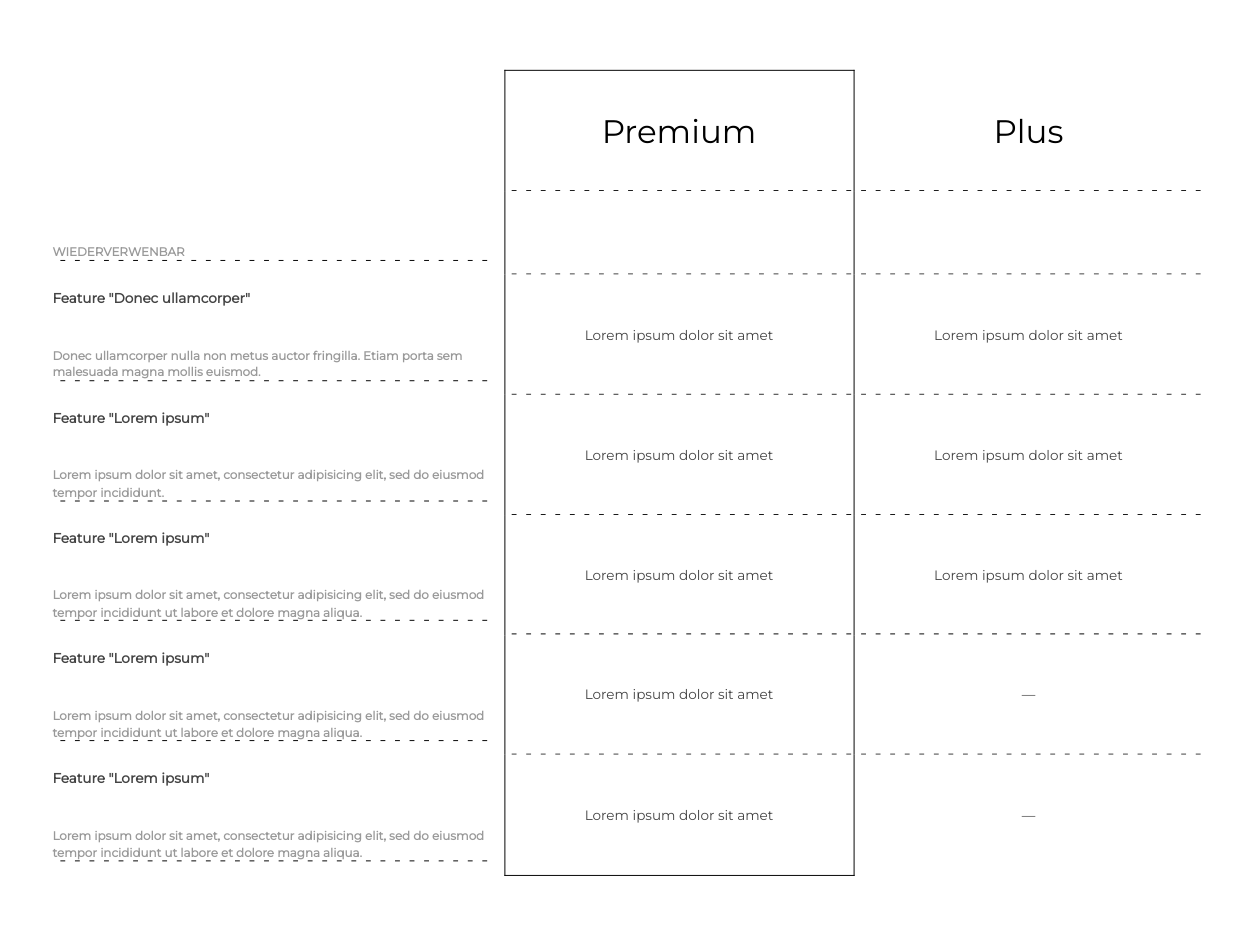
Repository: darlino/gotyu_shopify_section
Page: gotyu_table210223/index.html
An editor plug-in stored every save of this project. The page is shown before and after the next save, followed by the edit.
The browser window is 1280 px wide. The pictures show the whole page, at 97% of full size.

Above is the page before, as saved 2023-02-21 13:12:12.

After the next save:
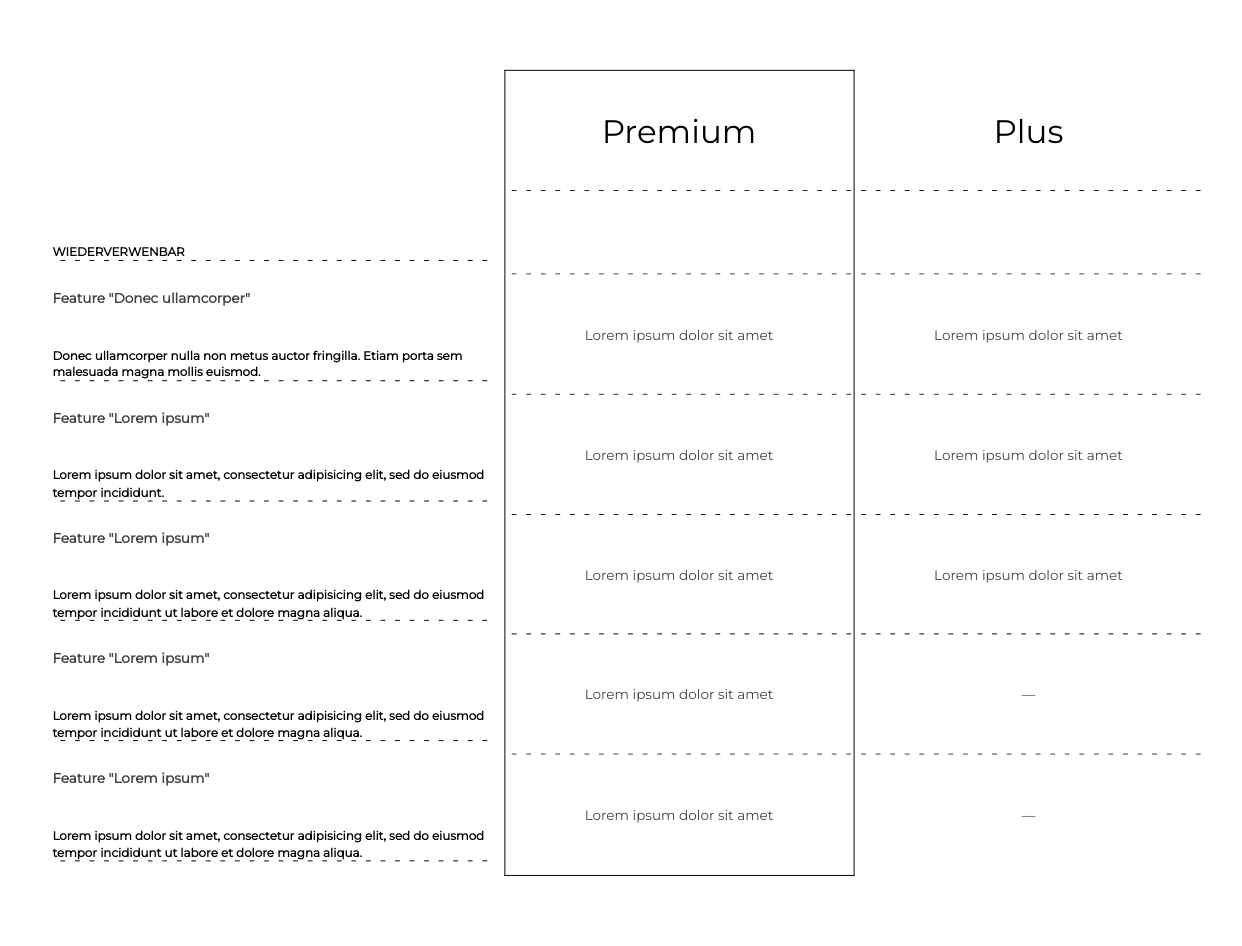
Saved 6 s later.
--- a/gotyu_table210223/style.css
+++ b/gotyu_table210223/style.css
@@ -80,7 +80,7 @@ tbody th {
 tbody th span {
   font-weight: bold;
   font-size: 87.5%;
-  color: #999;
+  color: #000;
   display: flex;
   background-image: linear-gradient(
     to right,
